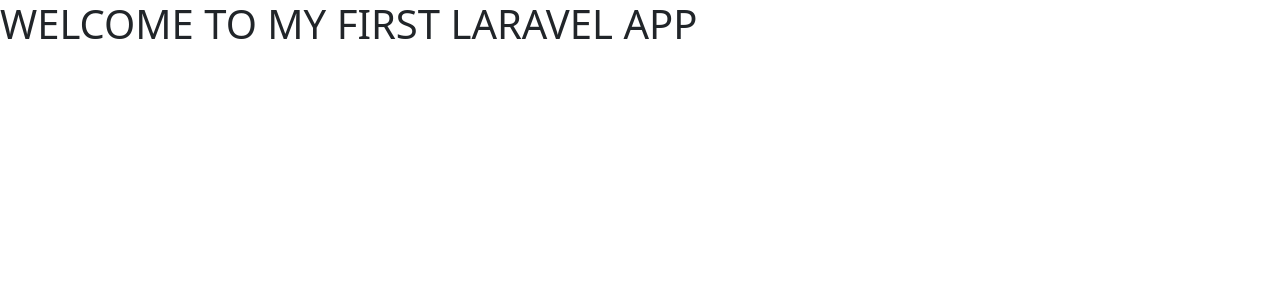
Repository: owuraku/laravel-class-dbc-26-1
Page: http://localhost/
The author's editor kept a copy of each file at every save. The page is drawn from the files as they stood at one save, then again after the next save.
The browser window is 1280 px wide. The pictures show the whole page.
The page is served by the project's Laravel application, run on PHP 8.4 with Laravel 8. Other server files are loaded and not shown.

Above is the page before, as saved 2022-02-02 12:31:56.

### routes/web.php
<?php

use Illuminate\Support\Facades\Route;

/*
|--------------------------------------------------------------------------
| Web Routes
|--------------------------------------------------------------------------
|
| Here is where you can register web routes for your application. These
| routes are loaded by the RouteServiceProvider within a group which
| contains the "web" middleware group. Now create something great!
|
*/

Route::get('/', function () {
    return view('welcome');
});

Route::get('/home', function(){
    return "You are on the homepage";
});

### resources/views/welcome.blade.php
<!DOCTYPE html>
<html lang="en">
<head>
    <meta charset="UTF-8">
    <meta http-equiv="X-UA-Compatible" content="IE=edge">
    <meta name="viewport" content="width=device-width, initial-scale=1.0">
    <title>Document</title>
    <!-- CSS only -->
    <link href="https://cdn.jsdelivr.net/npm/bootstrap@5.1.3/dist/css/bootstrap.min.css" rel="stylesheet" integrity="sha384-1BmE4kWBq78iYhFldvKuhfTAU6auU8tT94WrHftjDbrCEXSU1oBoqyl2QvZ6jIW3" crossorigin="anonymous">
</head>
<body>
    <h1>
        WELCOME TO MY FIRST LARAVEL APP
    </h1>
<!-- JavaScript Bundle with Popper -->
<script src="https://cdn.jsdelivr.net/npm/bootstrap@5.1.3/dist/js/bootstrap.bundle.min.js" integrity="sha384-ka7Sk0Gln4gmtz2MlQnikT1wXgYsOg+OMhuP+IlRH9sENBO0LRn5q+8nbTov4+1p" crossorigin="anonymous"></script>
</body>
</html>

Loaded but not shown: app/Providers/AppServiceProvider.php (common file)

After the next save:
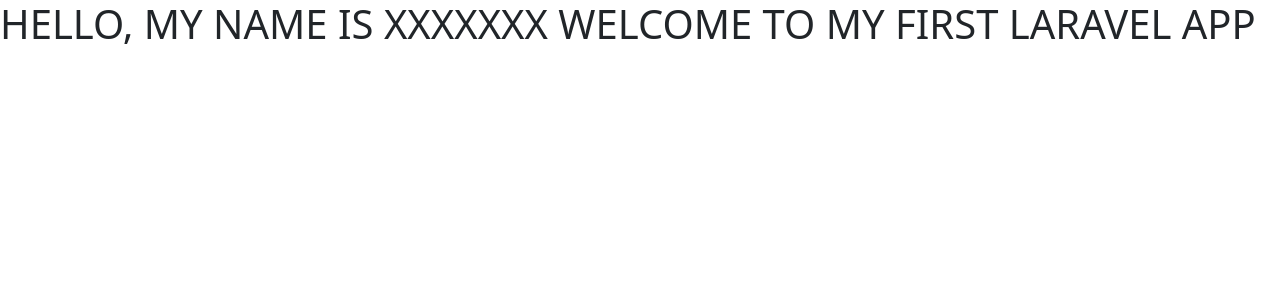
Saved 4 min 4 s later.
--- a/resources/views/welcome.blade.php
+++ b/resources/views/welcome.blade.php
@@ -10,6 +10,7 @@
 </head>
 <body>
     <h1>
+        HELLO, MY NAME IS XXXXXXX
         WELCOME TO MY FIRST LARAVEL APP
     </h1>
 <!-- JavaScript Bundle with Popper -->
